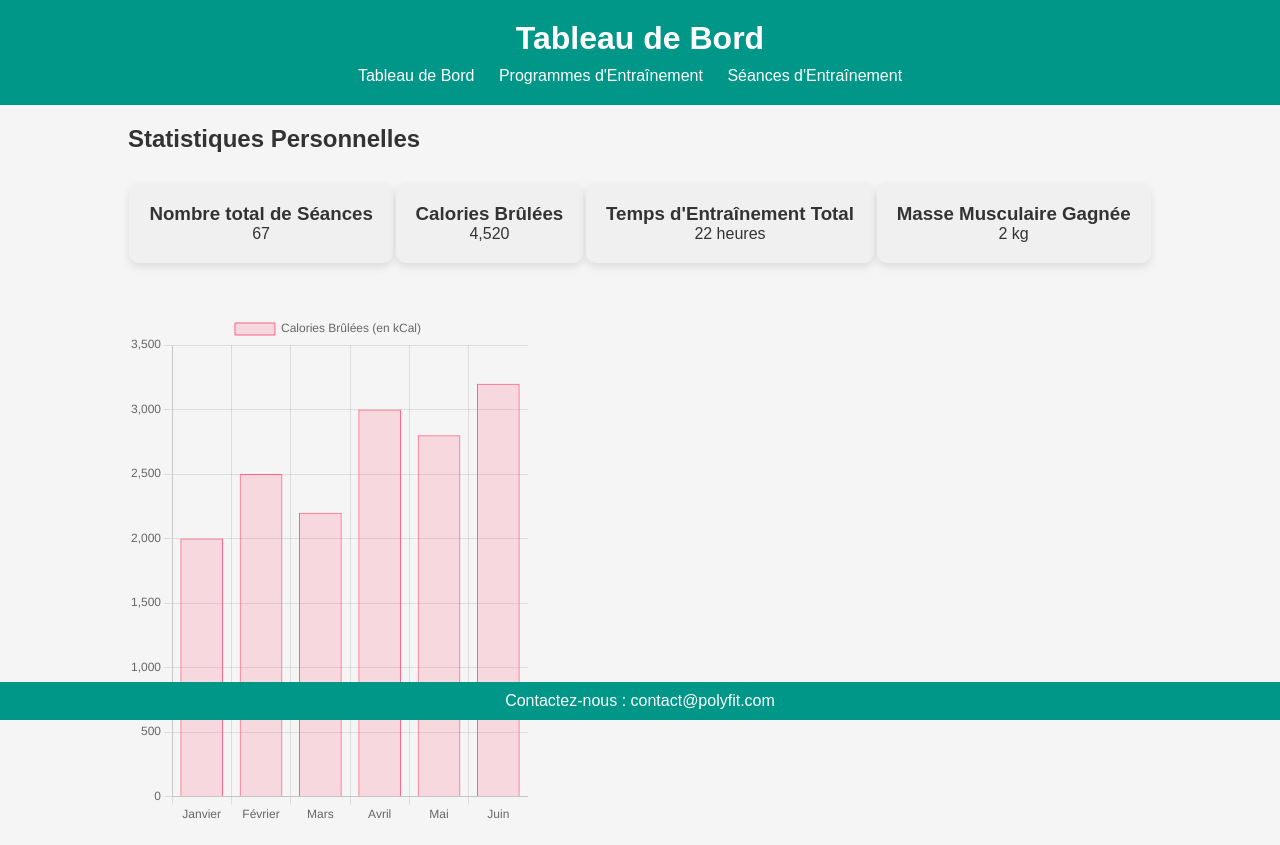
Repository: rimessouabni/polyfit
Page: src/main/resources/static/dashboard.html
These files come from the project's save history. The page is drawn as it stood at one moment and after a run of saves; the edit follows.
The browser window is 1280 px wide. The pictures show the whole page.

Above is the page before, as saved 2024-03-18 14:45:01.

After the next 3 saves:
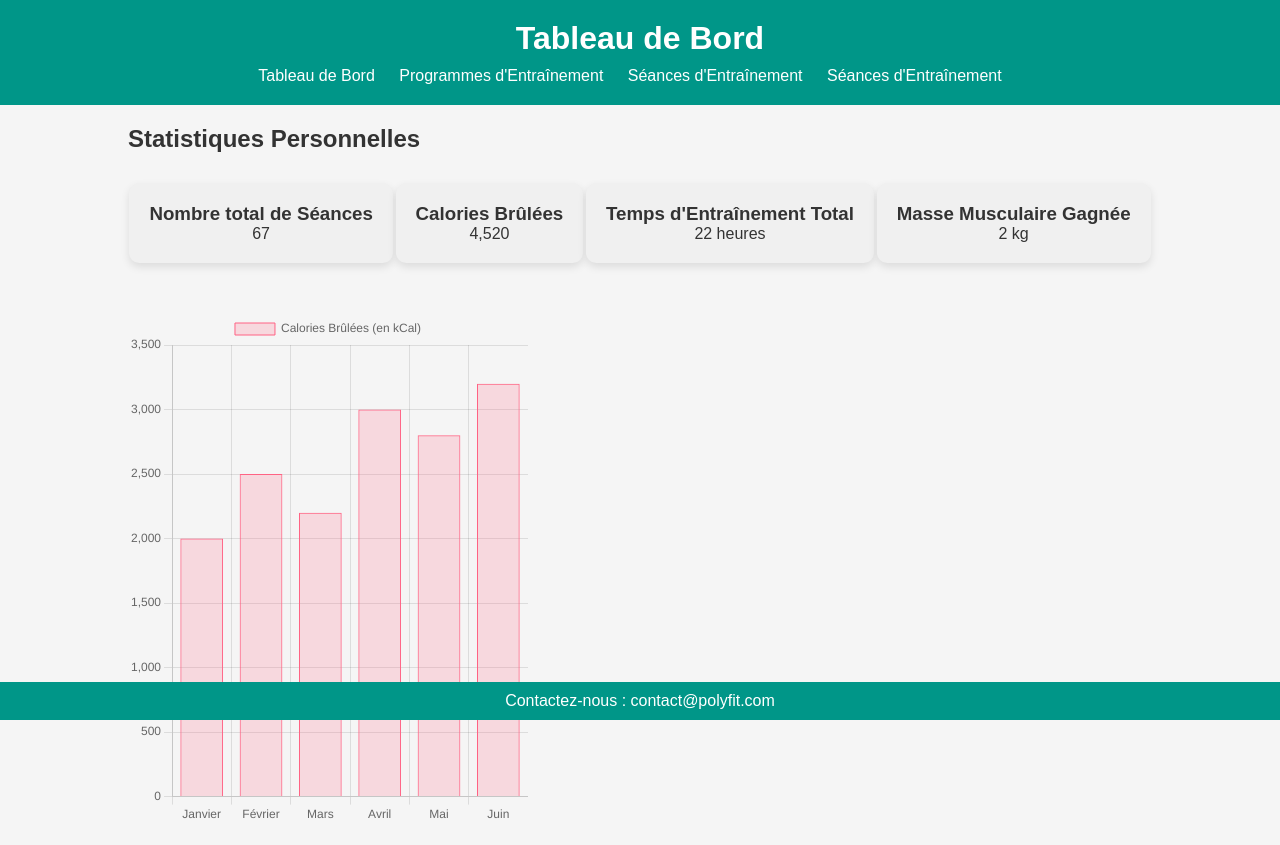
The 3 saves are shown as one change because they came seconds apart.
The last was saved 44 s later.
--- a/src/main/resources/static/dashboard.html
+++ b/src/main/resources/static/dashboard.html
@@ -40,6 +40,7 @@
                 <li><a href="dashboard.html">Tableau de Bord</a></li>
                 <li><a href="programs.html">Programmes d'Entraînement</a></li>
                 <li><a href="workouts.html">Séances d'Entraînement</a></li>
+                <li><a href="AddWorkout.html">Séances d'Entraînement</a></li>
             </ul>
         </nav>
     </header>
